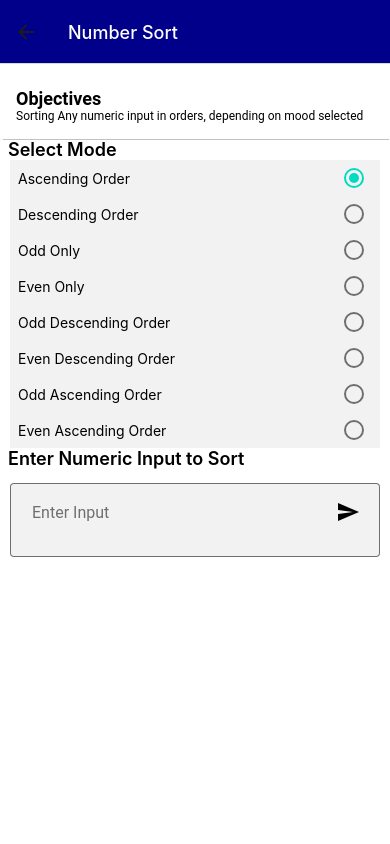
Repository: seyicoded/rn-crazy-algorithm-app
Screen: /Sort_simple_number
These files come from the project's save history. The screen is drawn as it stood at one moment and after the next save; the edit follows.
The app was drawn by React Native's web renderer in a window 390 px wide. The project was rebuilt for these pictures with package versions that can differ from the ones it lists, and the page was loaded fresh each time. Also part of the build but not shown: src/screens/sort.js, src/screens/filter.js, src/screens/advance.js, src/screens/sorts/Sort_alphabet.js.

Above is the screen before, as saved 2022-03-30 18:29:07.

After the next save:
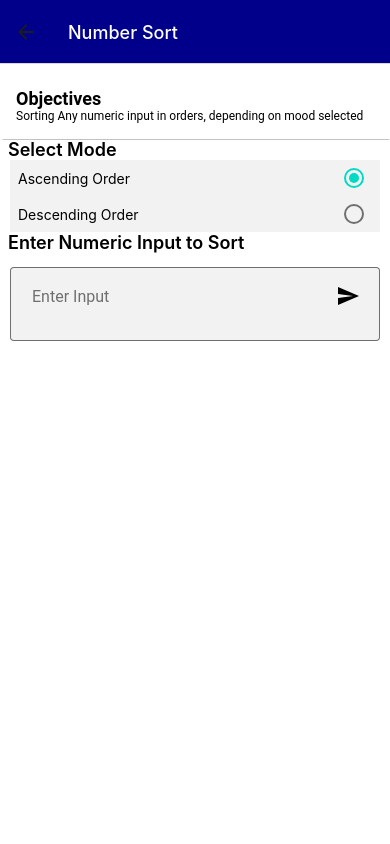
Saved 62 min 24 s later.
--- a/src/screens/sorts/Sort_simple_number.js
+++ b/src/screens/sorts/Sort_simple_number.js
@@ -71,7 +71,7 @@ export default function Sort_simple_number() {
                     </View>
                 </TouchableOpacity>
 
-                <TouchableOpacity onPress={()=>setValue('odd_only')}>
+                {/* <TouchableOpacity onPress={()=>setValue('odd_only')}>
                     <View style={styles.radio}>
                         <Text>Odd Only</Text>
                         <RadioButton value="odd_only" />
@@ -111,7 +111,7 @@ export default function Sort_simple_number() {
                         <Text>Even Ascending Order</Text>
                         <RadioButton value="even_ascending" />
                     </View>
-                </TouchableOpacity>
+                </TouchableOpacity> */}
             </RadioButton.Group>
 
             <Text />
